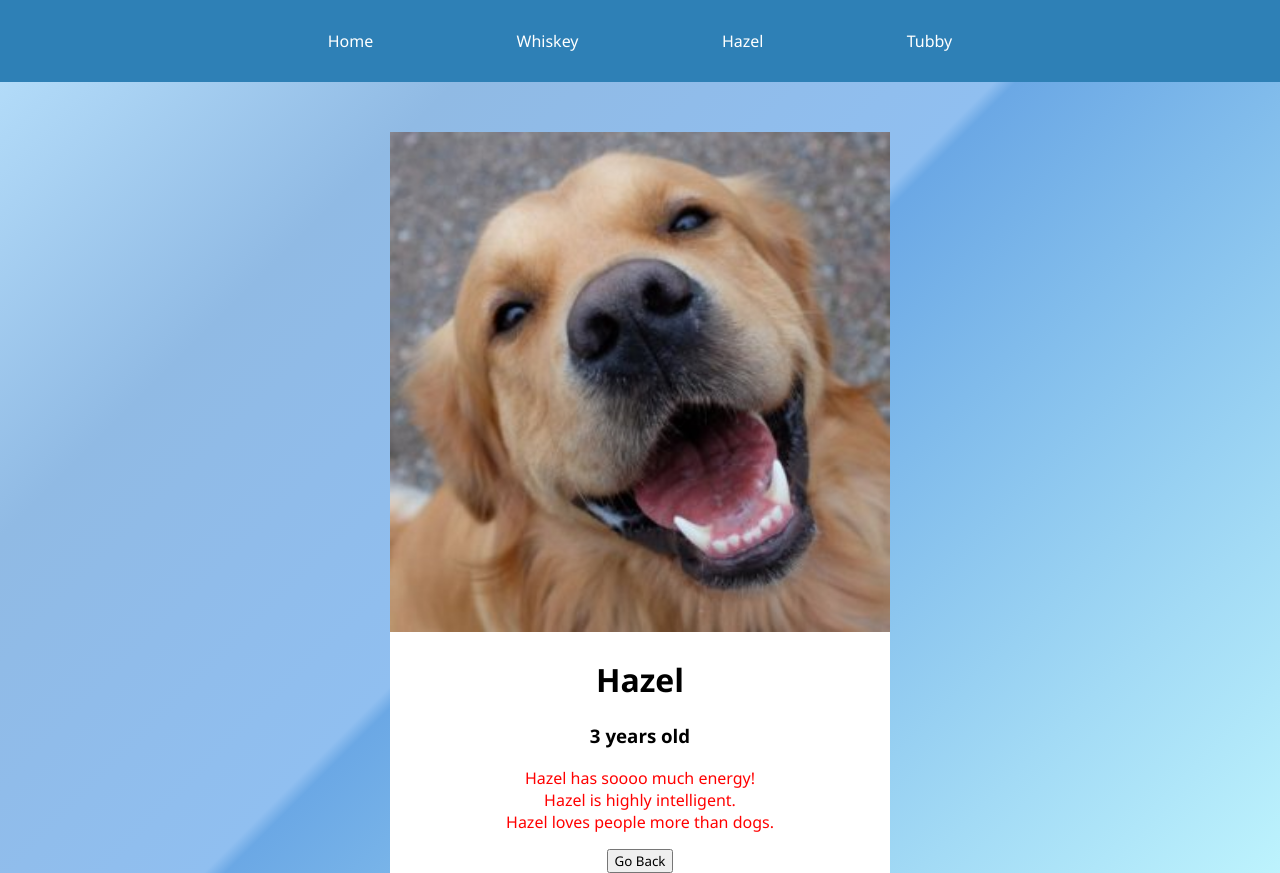
Repository: johnmutina/dog-finder
Page: /dogs/Hazel
These files come from the project's save history. The page is drawn as it stood at one moment and after the next save; the edit follows.
The browser window is 1280 px wide. The pictures show the whole page.
The project was rebuilt for these pictures with package versions that can differ from the ones it lists, and the page was loaded fresh each time. Also part of the build but not shown: src/DogFinder.css, src/DogFinder.js.

Above is the page before, as saved 2019-07-28 15:37:02.

After the next save:
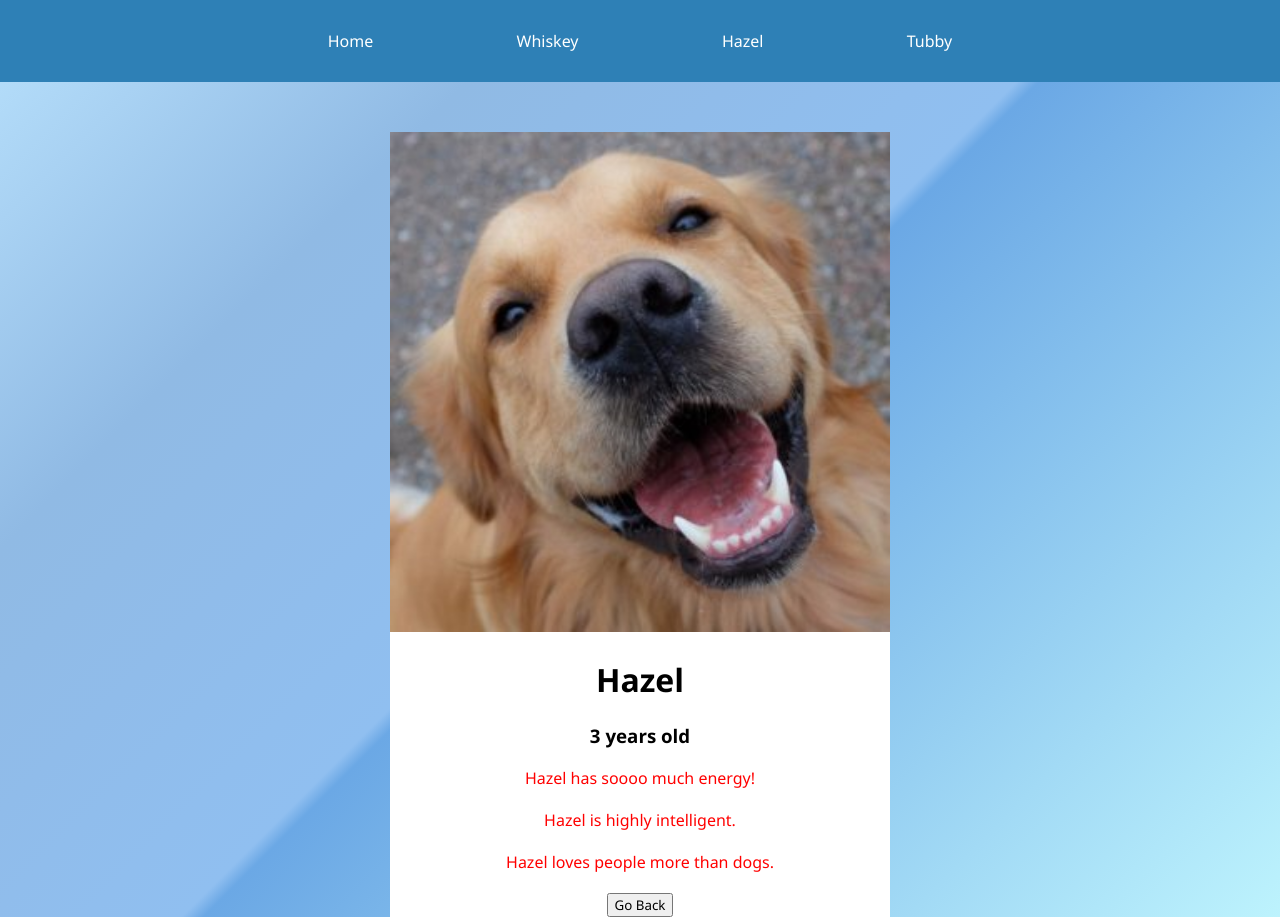
Saved 10 s later.
--- a/src/Dog.css
+++ b/src/Dog.css
@@ -17,4 +17,5 @@
 
 .Dog ul li {
   color: red;
+  margin-bottom: 20px;
 }
